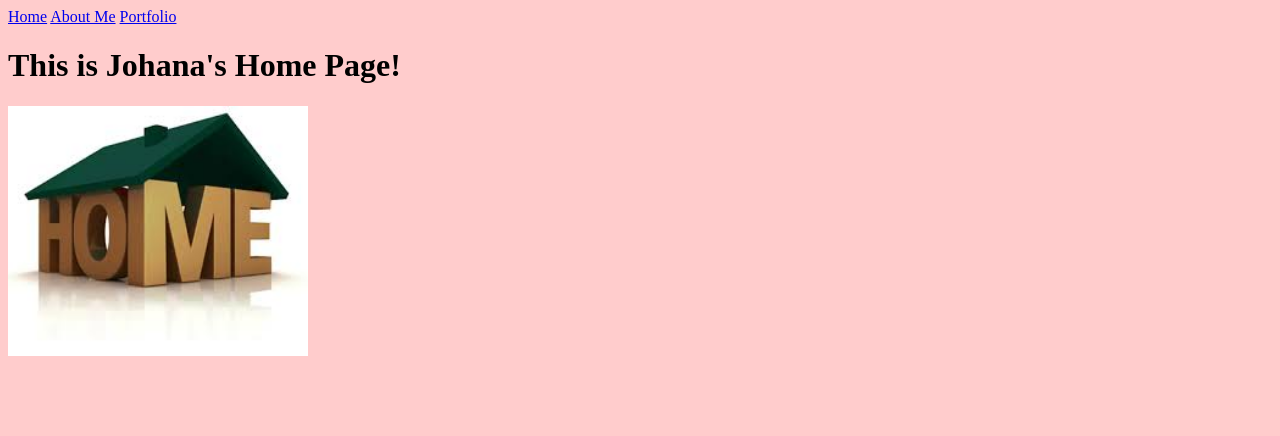
Repository: JDiaz463/JDiaz463.github.io
Page: my_website/index.html
The author's editor kept a record of every edit. The page is drawn from the files as they stood at one moment, then again after the next edit.
The browser window is 1280 px wide. The pictures show the whole page.

Above is the page before.

### my_website/index.html
<!doctype html>
<html lang="en">
<body style="background-color:hsl(0, 100%, 90%);">
  <head>
    <meta charset="utf-8">
    <title>Home</title>
  </head>
  <body>
    <a href="index.html">Home</a>
    <a href="aboutme.html">About Me</a>
    <a href="portfolio.html">Portfolio</a>
    <h1>This is Johana's Home Page!</h1>
    <img src="images/home.jpg" height="250">
  </body>
</html>

After the next edit:
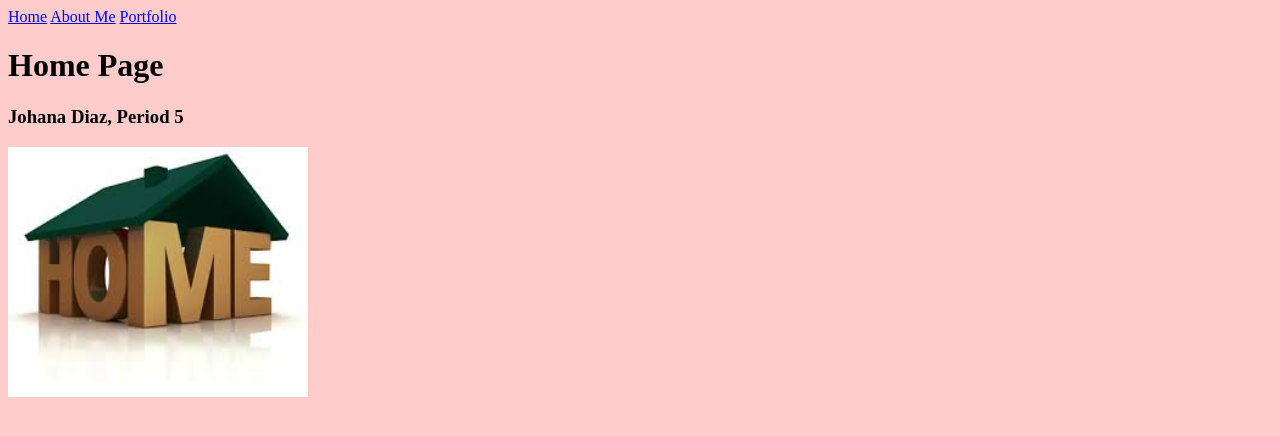
The edit:
--- a/my_website/index.html
+++ b/my_website/index.html
@@ -9,7 +9,8 @@
     <a href="index.html">Home</a>
     <a href="aboutme.html">About Me</a>
     <a href="portfolio.html">Portfolio</a>
-    <h1>This is Johana's Home Page!</h1>
+    <h1>Home Page</h1>
+    <h3>Johana Diaz, Period 5</h3>
     <img src="images/home.jpg" height="250">
   </body>
 </html>
